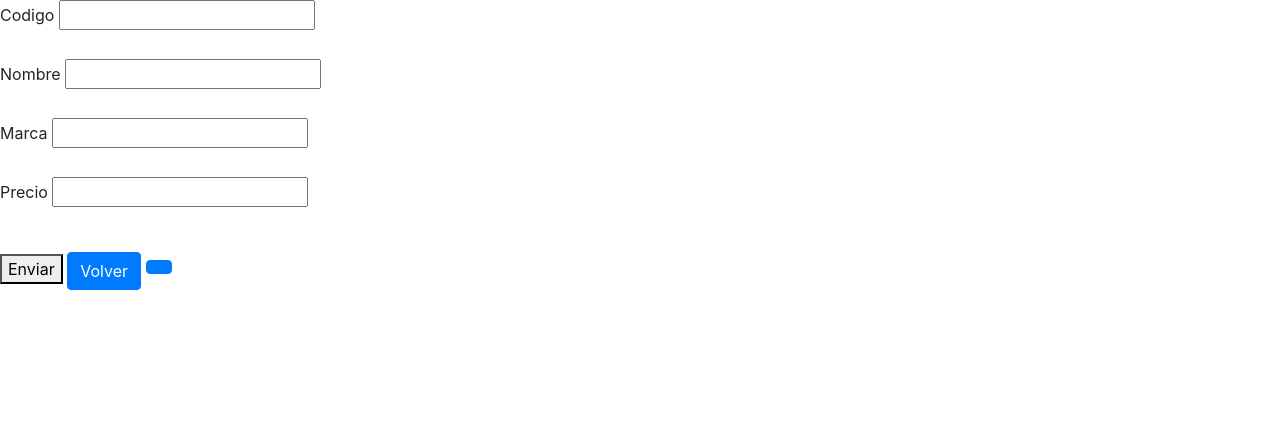
Repository: Alemartinez97/New-Repository
Page: programacion-3/tp4/productos/formulario/formProducto.html
An editor plug-in stored every save of this project. The page is shown before and after the next save, followed by the edit.
The browser window is 1280 px wide. The pictures show the whole page.

Above is the page before, as saved 2020-06-11 15:49:25.
Not found: programacion-3/tp4/productos/formulario/main.js

### programacion-3/tp4/productos/formulario/formProducto.html

<!DOCTYPE html>
<html>

<head>
    <meta charset="utf-8" />
    <meta http-equiv="X-UA-Compatible" content="IE=edge">
    <title>Page Title</title>
    <meta name="viewport" content="width=device-width, initial-scale=1">
    <link rel="stylesheet" href="https://stackpath.bootstrapcdn.com/bootstrap/4.5.0/css/bootstrap.min.css" integrity="sha384-9aIt2nRpC12Uk9gS9baDl411NQApFmC26EwAOH8WgZl5MYYxFfc+NcPb1dKGj7Sk" crossorigin="anonymous">
    <script src="main.js"></script>
</head>

<body>
    <form class="form-group">
		<label for="">Codigo</label>
        <input type="text" id="codigo"><br>
    </br>
        <label for="">Nombre</label>
        <input type="text" id="nombre"><br>
    </br>
		<label for="">Marca</label>
        <input type="text" id="marca"><br>
    </br>
		<label for="">Precio</label>
        <input type="text" id="precio"><br>
</br>
        </button>
	</form>

    <button onclick="enviarDatos()">Enviar</button>
    <a href="producto.html" class="btn btn-primary">Volver</a>
    <h3 id="resultado" class="btn btn-primary"></h3>

    <script src="./js/tp3.js"></script>
</body>

</html>

### programacion-3/tp3/js/tp3.js
function enviarDatos() {


    let codigo = document.getElementById("codigo").value;
    let nombre = document.getElementById("nombre").value;
    let marca = document.getElementById("marca").value;
    let precio= document.getElementById("precio").value;

    let request = { codigo: codigo, nombre: nombre, marca: marca,precio: precio };

        document.getElementById("resultado").innerHTML = JSON.stringify(request);
        console.log("Detalle Producto: ",request)

        setTimeout(function() {
            document.getElementById("resultado").innerHTML = JSON.stringify(request) + "... Enviada exitosamente";
        }, 3000);
    }

### programacion-3/tp4/js/tarea.js
function enviarDatos() {


    let codigo = document.getElementById("estado").value;
    let nombre = document.getElementById("nombre").value;
    let marca = document.getElementById("descripcion").value;

    let request = { estado: estado, nombre: nombre, descripcion: descripcion};

        document.getElementById("resultado").innerHTML = JSON.stringify(request);
        console.log("Detalle Tarea: ",request);
        setTimeout(function() {
            debugger
            alert("Enviado");
            document.getElementById("resultado").innerHTML = JSON.stringify(request) + "... Enviada exitosamente";
        }, 3000);
    }

After the next save:
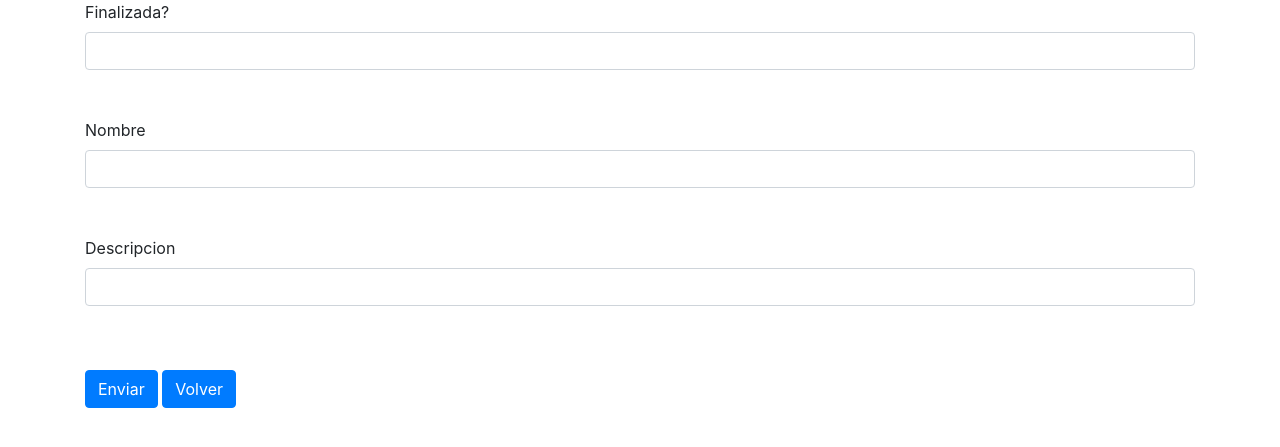
Saved 64 s later.
--- a/programacion-3/tp4/productos/formulario/formProducto.html
+++ b/programacion-3/tp4/productos/formulario/formProducto.html
@@ -8,31 +8,27 @@
     <title>Page Title</title>
     <meta name="viewport" content="width=device-width, initial-scale=1">
     <link rel="stylesheet" href="https://stackpath.bootstrapcdn.com/bootstrap/4.5.0/css/bootstrap.min.css" integrity="sha384-9aIt2nRpC12Uk9gS9baDl411NQApFmC26EwAOH8WgZl5MYYxFfc+NcPb1dKGj7Sk" crossorigin="anonymous">
-    <script src="main.js"></script>
 </head>
 
 <body>
-    <form class="form-group">
-		<label for="">Codigo</label>
-        <input type="text" id="codigo"><br>
-    </br>
-        <label for="">Nombre</label>
-        <input type="text" id="nombre"><br>
-    </br>
-		<label for="">Marca</label>
-        <input type="text" id="marca"><br>
-    </br>
-		<label for="">Precio</label>
-        <input type="text" id="precio"><br>
-</br>
-        </button>
-	</form>
+    <div class="container">
+        <form class="form-group">
+            <label for="estado" >Finalizada?</label>
+            <input type="text" id="estado" class="form-control"  aria-describedby="emailHelp" required="true"><br>
+        </br>
+            <label for="">Nombre</label>
+            <input type="text" id="nombre" class="form-control"  aria-describedby="emailHelp" required><br>
+        </br>
+            <label for="">Descripcion</label>
+            <input type="text" id="descripcion" class="form-control"  aria-describedby="emailHelp" required><br>
+        </br>
+        </form>
 
-    <button onclick="enviarDatos()">Enviar</button>
-    <a href="producto.html" class="btn btn-primary">Volver</a>
-    <h3 id="resultado" class="btn btn-primary"></h3>
-
-    <script src="./js/tp3.js"></script>
+        <button onclick="enviarDatos()" class="btn btn-primary">Enviar</button>
+        <a href="../producto.html" class="btn btn-primary">Volver</a>
+        <h3 id="resultado"></h3>
+        <script src="../../js/tarea.js"></script>
+    </div>
 </body>
 
 </html>
